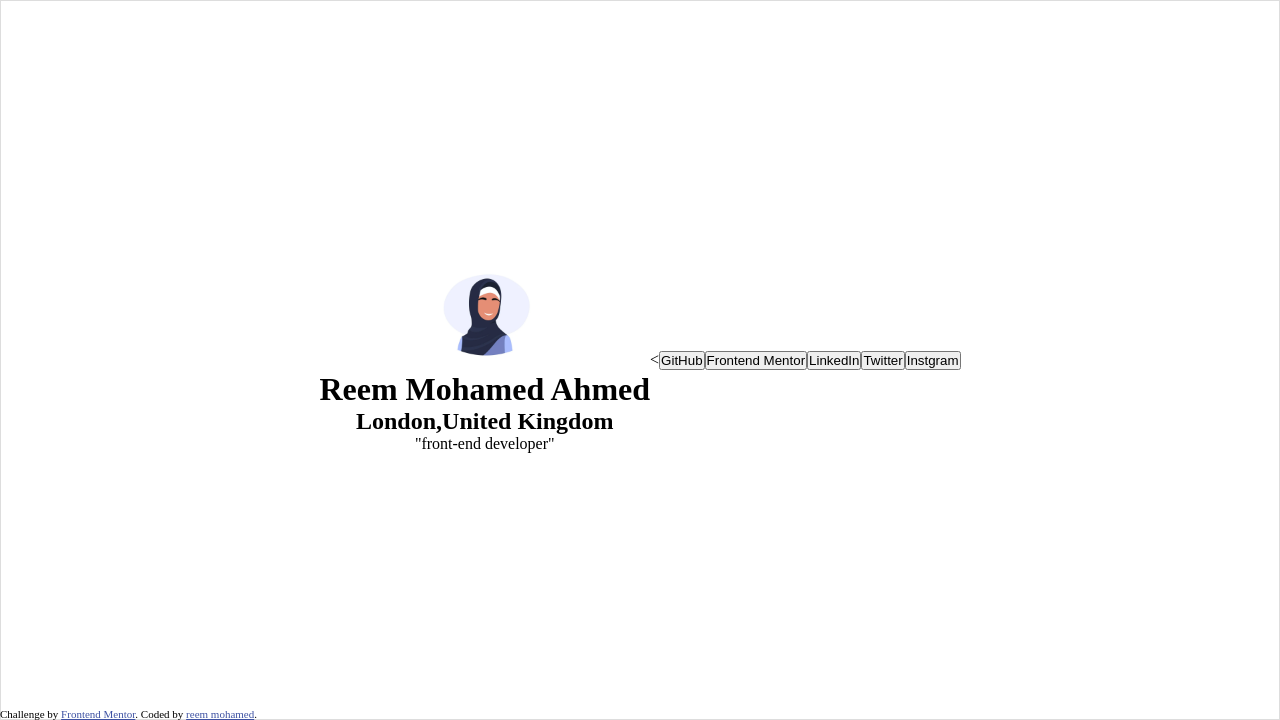
Repository: reemoon-ctrl/social_links_profile_main
Page: index.html
The author's editor kept a copy of each file at every save. The page is drawn from the files as they stood at one save, then again after the next save.
The browser window is 1280 px wide. The pictures show the whole page.

Above is the page before, as saved 2024-07-23 09:59:05.

After the next save:
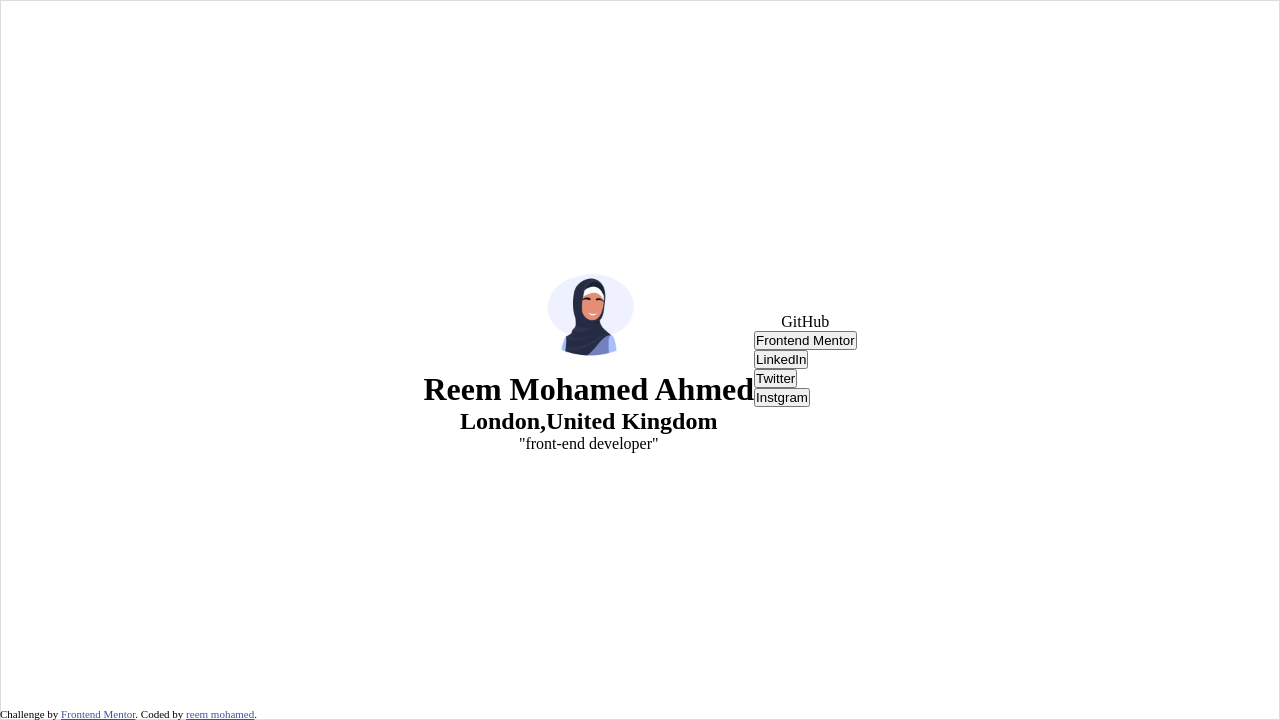
Saved 13 s later.
--- a/index.html
+++ b/index.html
@@ -24,7 +24,7 @@
       <h2>London,United Kingdom</h2>
       <p>"front-end developer"</p>
       </div>
-      <
+      <d
       <button>GitHub</button>
       <button>Frontend Mentor</button>
       <button>LinkedIn</button>
